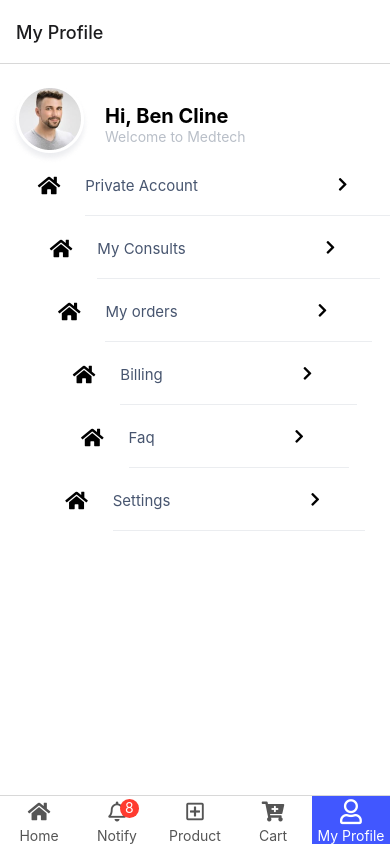
Repository: ntu34543/designReactNative
Screen: /My Profile
These files come from the project's save history. The screen is drawn as it stood at one moment and after a run of saves; the edit follows.
The app was drawn by React Native's web renderer in a window 390 px wide. The project was rebuilt for these pictures with package versions that can differ from the ones it lists, and the page was loaded fresh each time. Also part of the build but not shown: page/DiabetesCare.js, page/Notify.js, page/Cart.js.

Above is the screen before, as saved 2022-11-02 10:58:56.

### App.js
import { StatusBar } from "expo-status-bar";
import { StyleSheet, Text, View, Pressable, TabBarIOSItem } from "react-native";
import { NavigationContainer } from "@react-navigation/native";
import { createStackNavigator } from "@react-navigation/stack";
import ScreenA from "./page/Home";
import ScreenB from "./page/DiabetesCare";
import Profile from "./page/Profile";
import Notify from "./page/Notify";
import Cart from "./page/Cart";
import FontAwesome5 from "react-native-vector-icons/FontAwesome5";
import { createBottomTabNavigator } from "@react-navigation/bottom-tabs";

const Tab = createBottomTabNavigator();
const Stack = createStackNavigator();
// const Tab = createStackNavigator();
export default function App() {
  return (
    <NavigationContainer>
      <Tab.Navigator
        // screenOptions={{ header: () => null }}
        screenOptions={({ route }) => ({
          tabBarIcon: ({ focused, size, color }) => {
            let iconName;
            if (route.name === "Home") {
              iconName = "home";
              size = focused ? 25 : 20;
              // color = focused ? "#f0f" : "#555";
            } else if (route.name === "Product") {
              iconName = "plus-square";
              size = focused ? 25 : 20;
              // color = focused ? "#f0f" : "#555";
            } else if (route.name === "My Profile") {
              iconName = "user";
              size = focused ? 25 : 20;
              // color = focused ? "#f0f" : "#555";
            } else if (route.name === "Notify") {
              iconName = "bell";
              size = focused ? 25 : 20;
              // color = focused ? "#f0f" : "#555";
            } else if (route.name === "Cart") {
              iconName = "cart-plus";
              size = focused ? 25 : 20;
              // color = focused ? "#f0f" : "#555";
            }
            return <FontAwesome5 name={iconName} size={size} color={color} />;
          },
        })}
        tabBarOptions={{
          activeTintColor: "white",
          activeBackgroundColor: "#4157ff",
          inactiveTintColor: "#555",
          inactiveBackgroundColor: "white",
          showLabel: true,
          labelStyle: { fontSize: 14 },
        }}
      >
        <Tab.Screen
          name="Home"
          component={ScreenA}
          // options={{ tabBarBadge: 3 }}
        />
        {/* options={{header: () => null}} */}
        <Tab.Screen name="Notify" options={{ tabBarBadge: 8 }} component={Notify} />
        <Tab.Screen name="Product" component={ScreenB} />
        <Tab.Screen name="Cart" component={Cart} />
        <Tab.Screen name="My Profile" component={Profile} />
      </Tab.Navigator>
    </NavigationContainer>
  );
}

### page/Home.js
import { StatusBar } from "expo-status-bar";
import { StyleSheet, Text, View, Pressable } from "react-native";

export default function ScreenA({ navigation }) {
  const onPressHandler = () => {
    navigation.navigate("Screen_B");
    // navigation.replace("Screen_B");
  };
  return (
    <View style={styles.body}>
      <Text style={styles.text}>Home</Text>
      <Pressable
        onPress={onPressHandler}
        style={({ pressed }) => ({
          backgroundColor: pressed ? "#ddd" : "#0f0",
        })}
      >
        <Text style={styles.text}>Go to the Screen B</Text>
      </Pressable>
    </View>
  );
}

const styles = StyleSheet.create({
  body: {
    flex: 1,
    justifyContent: "center",
    alignItems: "center",
  },
  text: {
    fontSize: 30,
    fontWeight: "bold",
  },
});

### page/Profile.js
import { useState } from "react";
import { StatusBar } from "expo-status-bar";
import {
  StyleSheet,
  Text,
  View,
  Pressable,
  Image,
  ScrollView,
  FlatList,
  SafeAreaView,
} from "react-native";
import FontAwesome5 from "react-native-vector-icons/FontAwesome5";

export default function Profile({ navigation }) {
  const onPressHandler = () => {
    navigation.navigate("Screen_A");
    // navigation.goBack();
  };
  return (
    <View style={styles.body}>
      <View style={styles.header}>
        <Image
          style={styles.image}
          source={require("../assets/img/profile.png")}
        />
        <View style={styles.inf}>
          <Text style={styles.text1}>Hi, Ben Cline</Text>
          <Text style={styles.text2}>Welcome to Medtech</Text>
        </View>
      </View>
      <View style={styles.main}>
        <View style={styles.block}>
          <FontAwesome5 name="home" size={20} style={styles.iconHome} />
          <View style={styles.item}>
            <Text style={styles.text3}>Private Account</Text>
            <FontAwesome5 name="chevron-right" size={15} color="black" style={styles.iconChevron} />
          </View>
        </View>
        <View style={styles.block}>
          <FontAwesome5 name="home" size={20} style={styles.iconHome} />
          <View style={styles.item}>
            <Text style={styles.text3}>My Consults</Text>
            <FontAwesome5 name="chevron-right" size={15} color="black" style={styles.iconChevron} />
          </View>
        </View>
        <View style={styles.block}>
          <FontAwesome5 name="home" size={20} style={styles.iconHome} />
          <View style={styles.item}>
            <Text style={styles.text3}>My orders</Text>
            <FontAwesome5 name="chevron-right" size={15} color="black" style={styles.iconChevron} />
          </View>
        </View>
        <View style={styles.block}>
          <FontAwesome5 name="home" size={20} style={styles.iconHome} />
          <View style={styles.item}>
            <Text style={styles.text3}>Billing</Text>
            <FontAwesome5 name="chevron-right" size={15} color="black" style={styles.iconChevron} />
          </View>
        </View>
        <View style={styles.block}>
          <FontAwesome5 name="home" size={20} style={styles.iconHome} />
          <View style={styles.item}>
            <Text style={styles.text3}>Faq</Text>
            <FontAwesome5 name="chevron-right" size={15} color="black" style={styles.iconChevron} />
          </View>
        </View>
        <View style={styles.block}>
          <FontAwesome5 name="home" size={20} style={styles.iconHome} />
          <View style={styles.item}>
            <Text style={styles.text3}>Settings</Text>
            <FontAwesome5 name="chevron-right" size={15} color="black" style={styles.iconChevron} />
          </View>
        </View>
      </View>
    </View>
  );
}

const styles = StyleSheet.create({
  body: {
    flex: 1,
    backgroundColor: "white",
    paddingLeft: 10,
    paddingRight: 0,
  },
  text: {
    fontSize: 30,
    fontWeight: "bold",
  },
  header: {
    flexDirection: "row",
    alignItems: "center",
    marginTop: 20,
  },
  inf: {
    marginLeft: 15,
  },
  image: {},
  text1: {
    fontWeight: "bold",
    fontSize: 20,
  },
  text2: {
    fontWeight: "light",
    fontSize: 14,
    color: "#b9bfc8",
  },
  main: {},
  block: {
    flexDirection: "row",
    alignItems: "center",
    justifyContent: "center",
    padding: 10,
  },
  item: {
    flexDirection: "row",
    borderBottomWidth: 1,
    borderBottomColor: "#091C3F14",
    marginLeft: 25,
    alignItems: "center",
    paddingRight: 45,
    paddingBottom: 20,
  },
  text3: {
    color: "#091C3FBF",
    fontWeight: "light",
    fontSize: 15,
  },
  iconChevron : {
    paddingLeft: 140,
  },
  iconHome: {
    marginLeft: 30,
    paddingBottom: 20,
  }
});

After the next 5 saves:
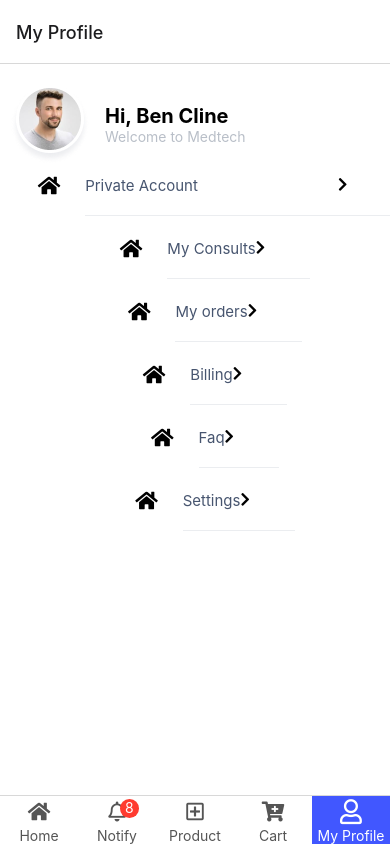
The 5 saves are shown as one change because they came seconds apart.
The last was saved 64 s later.
--- a/page/Profile.js
+++ b/page/Profile.js
@@ -41,35 +41,35 @@ export default function Profile({ navigation }) {
           <FontAwesome5 name="home" size={20} style={styles.iconHome} />
           <View style={styles.item}>
             <Text style={styles.text3}>My Consults</Text>
-            <FontAwesome5 name="chevron-right" size={15} color="black" style={styles.iconChevron} />
+            <FontAwesome5 name="chevron-right" size={15} color="black" style={styles.iconChevron1} />
           </View>
         </View>
         <View style={styles.block}>
           <FontAwesome5 name="home" size={20} style={styles.iconHome} />
           <View style={styles.item}>
             <Text style={styles.text3}>My orders</Text>
-            <FontAwesome5 name="chevron-right" size={15} color="black" style={styles.iconChevron} />
+            <FontAwesome5 name="chevron-right" size={15} color="black" style={styles.iconChevron2} />
           </View>
         </View>
         <View style={styles.block}>
           <FontAwesome5 name="home" size={20} style={styles.iconHome} />
           <View style={styles.item}>
             <Text style={styles.text3}>Billing</Text>
-            <FontAwesome5 name="chevron-right" size={15} color="black" style={styles.iconChevron} />
+            <FontAwesome5 name="chevron-right" size={15} color="black" style={styles.iconChevron3} />
           </View>
         </View>
         <View style={styles.block}>
           <FontAwesome5 name="home" size={20} style={styles.iconHome} />
           <View style={styles.item}>
             <Text style={styles.text3}>Faq</Text>
-            <FontAwesome5 name="chevron-right" size={15} color="black" style={styles.iconChevron} />
+            <FontAwesome5 name="chevron-right" size={15} color="black" style={styles.iconChevron4} />
           </View>
         </View>
         <View style={styles.block}>
           <FontAwesome5 name="home" size={20} style={styles.iconHome} />
           <View style={styles.item}>
             <Text style={styles.text3}>Settings</Text>
-            <FontAwesome5 name="chevron-right" size={15} color="black" style={styles.iconChevron} />
+            <FontAwesome5 name="chevron-right" size={15} color="black" style={styles.iconChevron5} />
           </View>
         </View>
       </View>

After the 5 saves that followed:
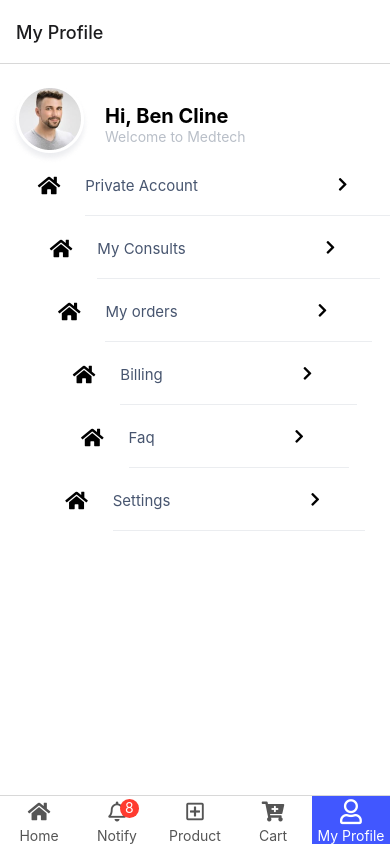
The 5 saves are shown as one change because 1 left the picture as it was and some came seconds apart.
The last was saved 22 s later.
--- a/page/Profile.js
+++ b/page/Profile.js
@@ -130,6 +130,21 @@ const styles = StyleSheet.create({
   iconChevron : {
     paddingLeft: 140,
   },
+  iconChevron1 : {
+    paddingLeft: 140,
+  },
+  iconChevron2 : {
+    paddingLeft: 140,
+  },
+  iconChevron3 : {
+    paddingLeft: 140,
+  },
+  iconChevron4 : {
+    paddingLeft: 140,
+  },
+  iconChevron5 : {
+    paddingLeft: 140,
+  },
   iconHome: {
     marginLeft: 30,
     paddingBottom: 20,
